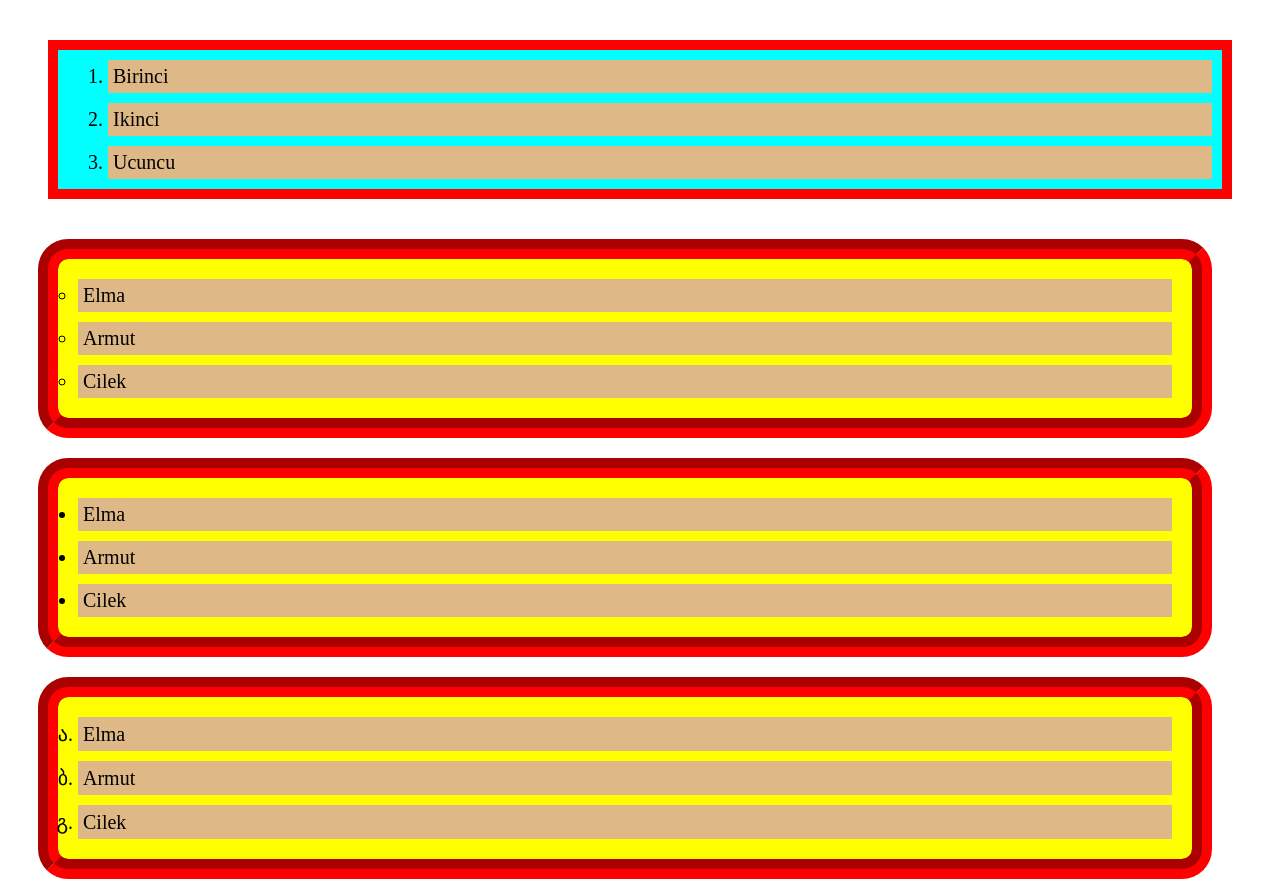
Repository: Kubraaygun/Html_Css_Login
Page: index.html
The author's editor kept a copy of each file at every save. The page is drawn from the files as they stood at one save, then again after the next save.
The browser window is 1280 px wide. The pictures show the whole page.

Above is the page before, as saved 2025-03-04 21:17:14.

After the next save:
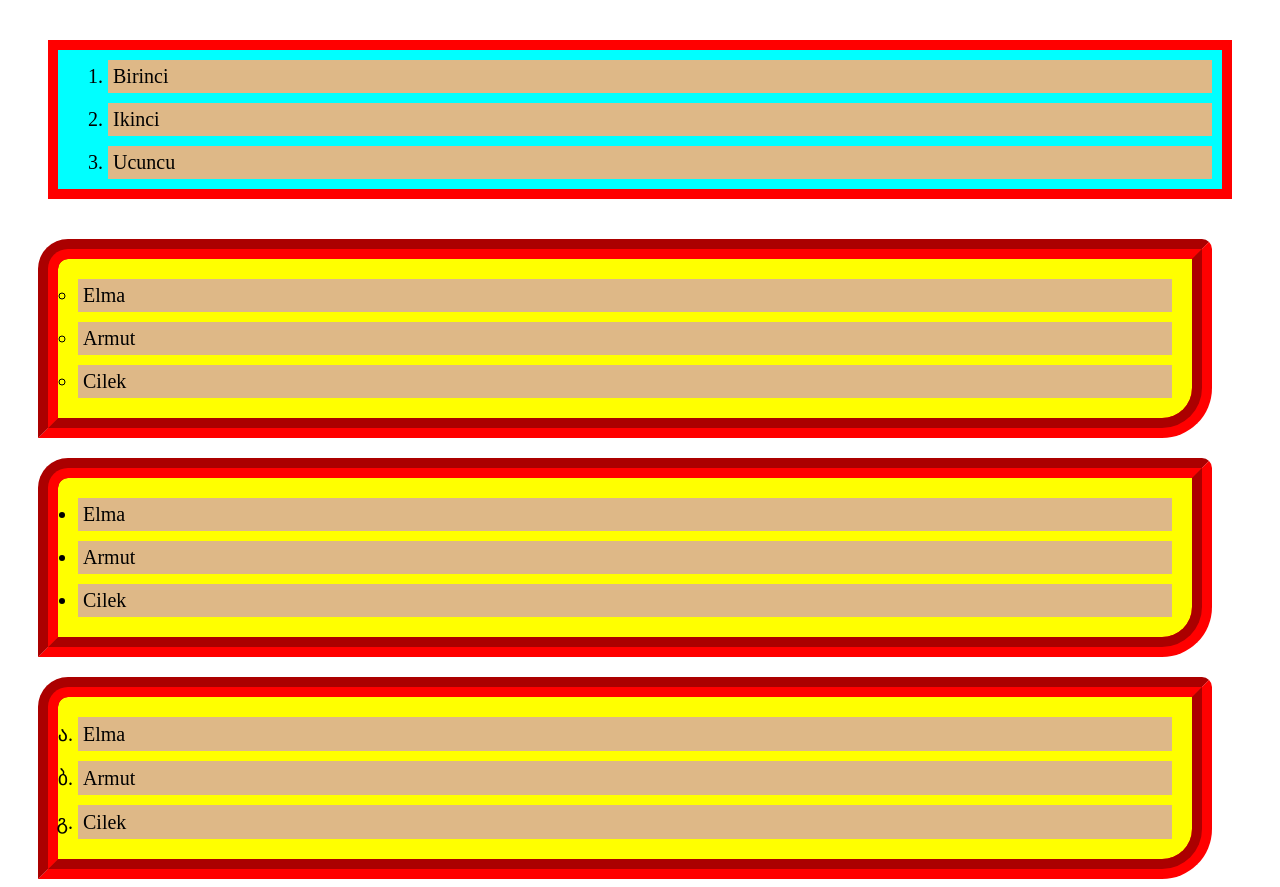
Saved 14 s later.
--- a/style.css
+++ b/style.css
@@ -22,7 +22,7 @@ ul {
   margin: 20px 60px 0 30px;
   padding: 10px;
   border: 20px groove red;
-  border-radius: 30px;
+  border-radius: 30px 10px 50px 0;
 }
 
 li {
